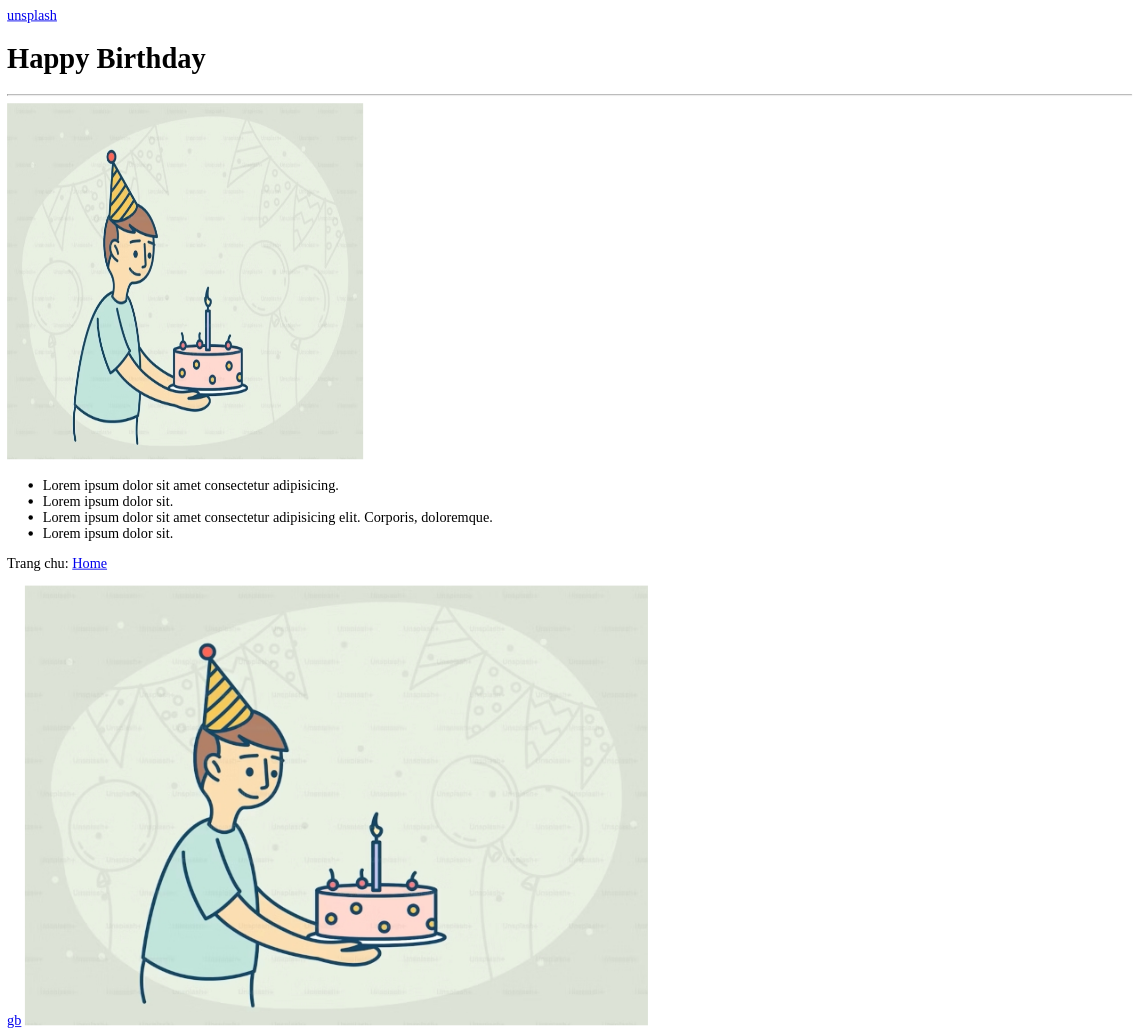
Repository: nguyendonghieu1011-png/project2
Page: more-info/happy.html
The author's editor kept a copy of each file at every save. The page is drawn from the files as they stood at one save, then again after the next save.
The browser window is 1280 px wide. The pictures show the whole page, at 89% of full size.

Above is the page before, as saved 2025-11-08 22:25:41.

After the next save:
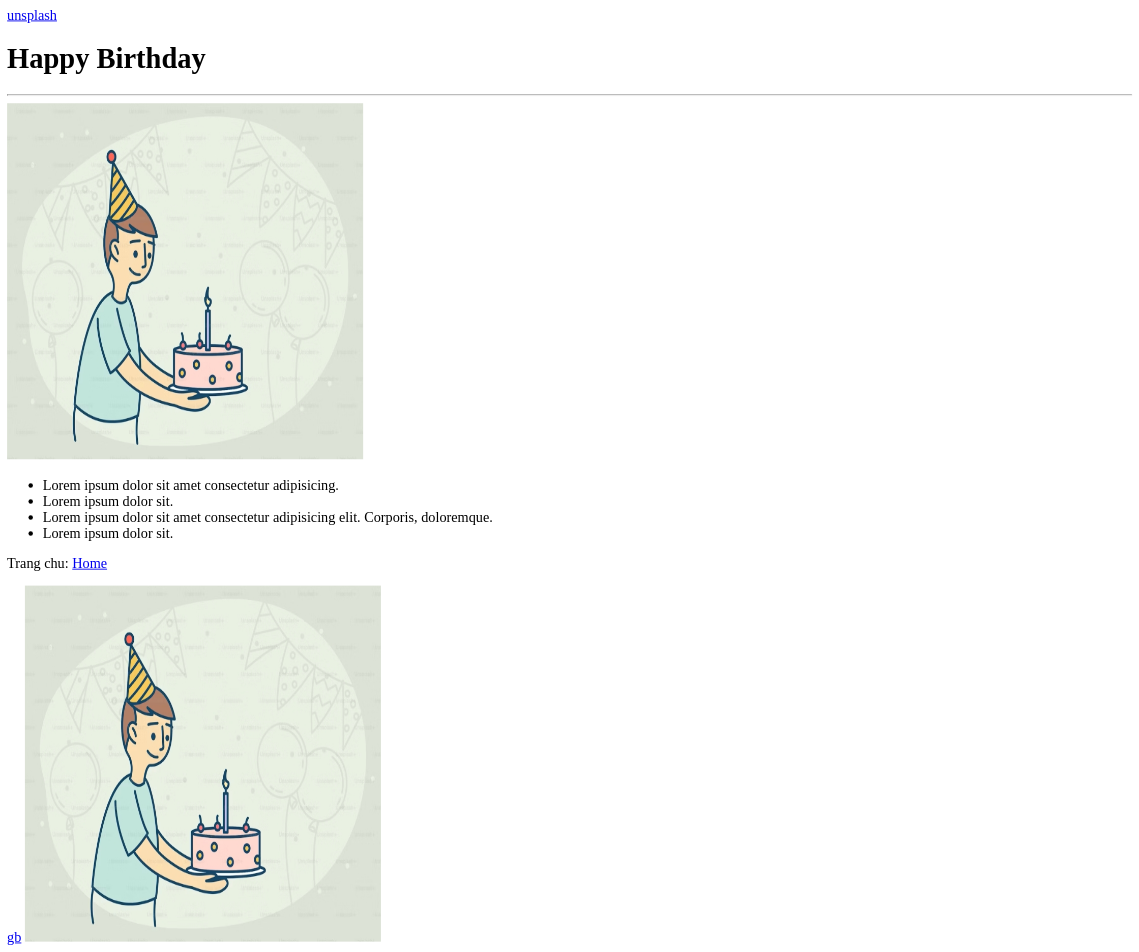
Saved 78 s later.
--- a/more-info/happy.html
+++ b/more-info/happy.html
@@ -37,6 +37,13 @@
     <a href="./gb.html">gb</a>
 
     <!-- 3. bấm vào ảnh happy -> điều hướng đến gb.html -->
-    <img src="/img/happtybirthday.jpg"
+    <a href="./gb.html">
+      <img
+        src="/img/happtybirthday.jpg"
+        alt="bye"
+        width="400px"
+        height="400px"
+      />
+    </a>
   </body>
 </html>
